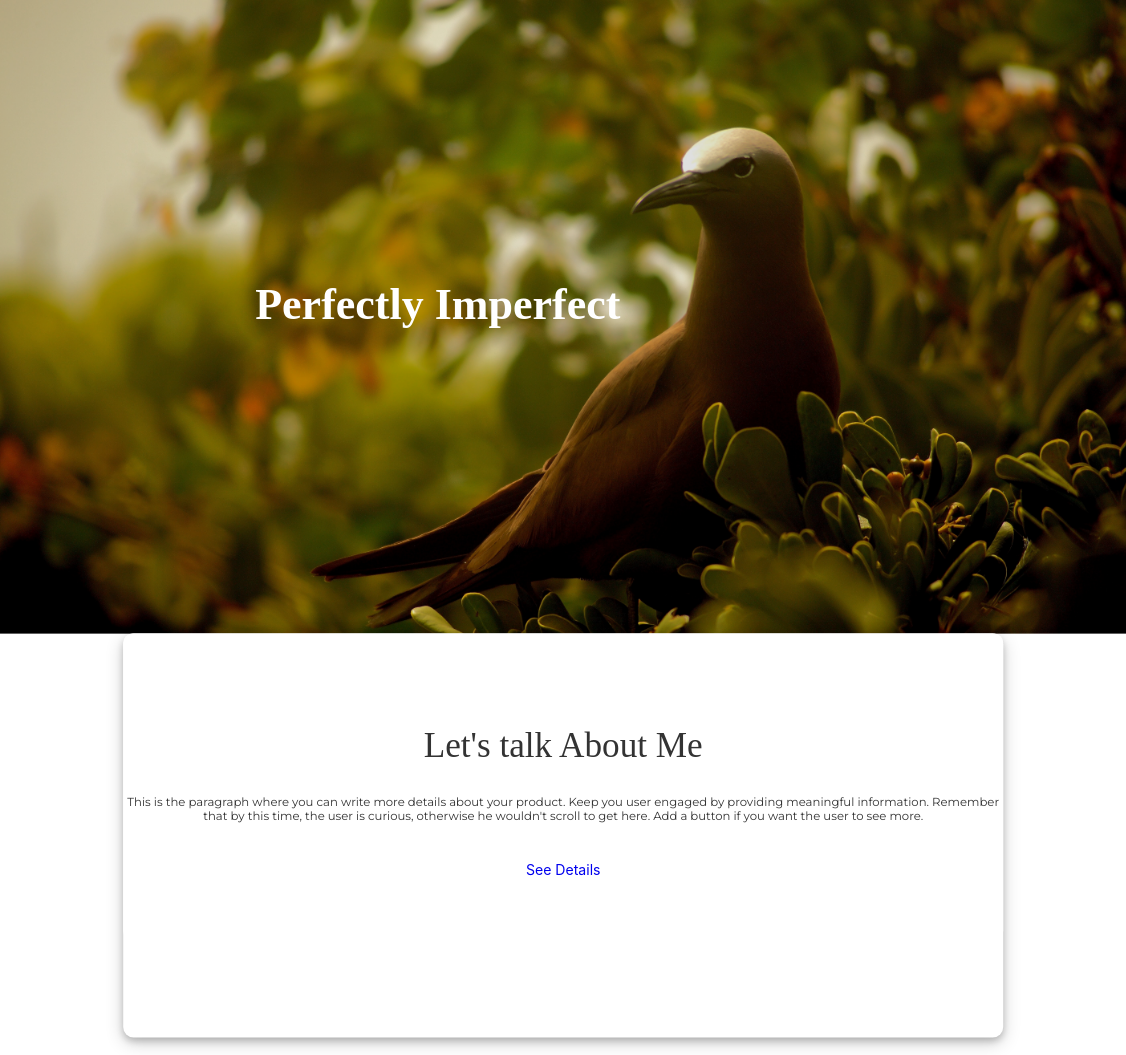
Repository: kkyler24/Perfectly-Imperfect
Page: / (app in imperfect/)
An editor plug-in stored every save of this project. The page is shown before and after a run of saves, followed by the edit.
The browser window is 1280 px wide. The pictures show the whole page, at 88% of full size.
Backgrounds fixed to the window are drawn as part of the page. Some web fonts or font styles are not loaded; a fallback is used. The project was rebuilt for these pictures with package versions that can differ from the ones it lists, and the page was loaded fresh each time.

Above is the page before, as saved 2020-08-06 12:19:15.

### imperfect/public/index.html
<!DOCTYPE html>
<html lang="en">
  <head>
    <meta charset="utf-8" />
    <link rel="icon" href="%PUBLIC_URL%/favicon.ico" />
    <meta name="viewport" content="width=device-width, initial-scale=1" />
    <meta name="theme-color" content="#000000" />
    <meta
      name="description"
      content="Web site created using create-react-app"
    />
    <link rel="apple-touch-icon" href="%PUBLIC_URL%/logo192.png" />

    <link rel="manifest" href="%PUBLIC_URL%/manifest.json" />

    <link
      href="https://fonts.googleapis.com/css2?family=Montserrat&family=Petit+Formal+Script&display=swap"
      rel="stylesheet"
    />

    <title>React App</title>
  </head>
  <body>
    <noscript>You need to enable JavaScript to run this app.</noscript>
    <div id="root"></div>
  </body>
</html>

### imperfect/src/App.js
import React from "react";
import logo from "./logo.svg";
import "./App.css";
import Nav from "./Components/navbarComponent/navbar.js";
import PGHeader from "./Components/Headerindex/header.js";
import AboutMe from "./Components/aboutMeIndex/aboutme.js";

function App() {
  return (
    <div className="App">
      <PGHeader />
      {/* <Nav /> */}
      <AboutMe />
    </div>
  );
}

export default App;

### imperfect/src/App.css
body {
  color: #66615b;
  font-size: 16px;
  box-sizing: border-box;
  display: block;
}

### imperfect/src/Components/navbarComponent/navbar.js
import React from "react";
import "./navbar.css";

function NavBar() {
  return (
    <div>
      <nav
        color-on-scroll="300"
        class="fixed-bottom navbar-transparent navbar navbar-expand-lg"
      >
        <div class="container-fluid">
          <div class="navbar-translate">
            <a
              id="Kytitle"
              data-placement="bottom"
              target="_blank"
              title="Coded by Creative Tim"
              class="navbar-brand"
              href="#/index"
            >
              Ky
            </a>
            <button aria-expanded="false" class="navbar-toggler navbar-toggler">
              <span class="navbar-toggler-bar bar1"></span>
              <span class="navbar-toggler-bar bar2"></span>
              <span class="navbar-toggler-bar bar3"></span>
            </button>
          </div>
          <div class="justify-content-end collapse navbar-collapse">
            <ul class="navbar-nav">
              <li class="nav-item">
                <a
                  data-placement="bottom"
                  href="https://www.linkedIn"
                  target="_blank"
                  title="Let's connect on LinkedIn"
                  class="nav-link"
                >
                  {/* <i class="fa fa-linkedIn"></i> */}
                </a>
              </li>
              <li class="nav-item">
                <a
                  data-placement="bottom"
                  href="https://www.linkedIn"
                  target="_blank"
                  title="Let's connect on LinkedIn"
                  class="nav-link"
                >
                  {/* <i class="fa fa-linkedIn"></i> */}
                </a>
              </li>
              <li class="nav-item">
                <a
                  data-placement="bottom"
                  href="https://twitter.com/CreativeTim?ref=creativetim"
                  target="_blank"
                  title="Follow us on Twitter"
                  class="nav-link"
                >
                  {/* <i class="fa fa-twitter"></i> */}
                  <p class="d-lg-none"></p>
                </a>
                <li class="nav-item mr-2rem">
                  <a
                    data-placement="bottom"
                    href="https://www.github.com/CreativeTimOfficial?ref=creativetim"
                    target="_blank"
                    title="Star on GitHub"
                    class="nav-link"
                  >
                    {/* <i class="fa fa-github"></i> */}
                    <p class="d-lg-none"></p>
                  </a>
                </li>
              </li>
              <li class="nav-item">
                <a class="nav-link" href="#/index">
                  <i class="nc-icon nc-layout-11"></i> Home
                </a>
              </li>
              <li class="nav-item">
                <a class="nav-link" href="#/index">
                  <i class="nc-icon nc-layout-11"></i> Portfolio
                </a>
              </li>
              <li class="nav-item">
                <a target="_blank" class="nav-link" href="#/documentation">
                  <i class="nc-icon nc-book-bookmark"></i> Resume
                </a>
              </li>

              <li class="nav-item">
                <a
                  data-placement="bottom"
                  href="https://www.github.com/CreativeTimOfficial?ref=creativetim"
                  target="_blank"
                  title="Star on GitHub"
                  class="nav-link"
                >
                  {/* <i class="fa fa-github"></i> */}
                  <p class="d-lg-none"></p>
                </a>
              </li>
            </ul>
          </div>
        </div>
      </nav>
    </div>
  );
}
export default NavBar;

### imperfect/src/Components/Headerindex/header.js
import React from "react";
import "./Indexheader.css";

function PageHeader(props) {
  return (
    <div id="background" className="page-header" data-parallax="true">
      <div className="filter"></div>
      <div className="headerContainer">
        <div className="motto text-center">
          <h1 id="JumboHeaderTitle">Perfectly Imperfect</h1>
          <br />
        </div>
      </div>
    </div>
  );
}
export default PageHeader;

### imperfect/src/Components/aboutMeIndex/aboutme.js
import React from "react";
import "./aboutme.css";
import Navbar from "../navbarComponent/navbar.js";

function Aboutme() {
  return (
    <div className=" card aboutMain">
      <div className="sectionAB text-center">
        <div className="ABccontainer">
          <div class="row">
            <div class="ml-auto mr-auto col-md-8">
              <h2 class="titleAB">Let's talk About Me</h2>
              <h5 class="descriptionAB">
                This is the paragraph where you can write more details about
                your product. Keep you user engaged by providing meaningful
                information. Remember that by this time, the user is curious,
                otherwise he wouldn't scroll to get here. Add a button if you
                want the user to see more.
              </h5>
              <br />
              <a href="#pablo" class="btn-round btn btn-info">
                See Details
              </a>
            </div>
          </div>
        </div>
      </div>
      <Navbar />
    </div>
  );
}
export default Aboutme;

### imperfect/src/Components/navbarComponent/navbar.css
/* navbar */
#Kytitle {
  font-family: "Petit Formal Script", cursive;
  font-size: 30px;
  color: #fff;
  border-bottom: solid 2px rgb(255, 255, 255);
  text-transform: capitalize;
}

.navbar.navbar-transparent {
  background: transparent !important;
  padding-top: 25px;
  box-shadow: none;
}

.navbar.navbar-transparent .navbar-brand {
  color: rgb(20, 3, 3);
}

.navbar .navbar-brand {
  font-weight: 600;
  margin: 5px 0;
  padding: 20px 15px;
  font-size: 14px;
  text-transform: uppercase;
}

.navbar-nav {
  display: flex;
  flex-direction: column;
  padding-left: 0;
  margin-bottom: 0;
  list-style: none;
}
.navbar-brand {
  display: inline-block;
  padding-top: 0.3125rem;
  padding-bottom: 0.3125rem;
  margin-right: 1rem;
  font-size: 1.25rem;
  line-height: inherit;
  white-space: nowrap;
}

.navbar {
  border: 0;
  font-size: 14px;
  padding: 0;
  font-family: "Montserrat", "Helvetica", Arial, sans-serif;
  font-weight: 300;
  align-items: center;
  display: flex;
}
.navbar > .container-fluid {
  display: flex;
  flex-wrap: wrap;
  align-items: center;
  justify-content: space-between;
}

.nav-link {
  display: block;
}

.navbar-toggler {
  padding: 0.25rem 0.75rem;
  font-size: 1.25rem;
  line-height: 1;
  background-color: transparent;
  border: 1px solid transparent;
  border-radius: 0.25rem;
}
button {
  text-transform: none;
  overflow: visible;
  -webkit-font-smoothing: antialiased;
  font-family: "Montserrat", "Helvetica", Arial, sans-serif;
  font-weight: 300;
  margin: 0;
  text-rendering: auto;
  color: -internal-light-dark(buttontext, rgb(170, 170, 170));
  letter-spacing: normal;
  word-spacing: normal;
  text-indent: 0px;
  text-shadow: none;
  display: inline-block;
  text-align: center;
  align-items: flex-start;
  font: 400 13.3333px Arial;
}
.navbar .navbar-toggler .navbar-toggler-bar {
  display: block;
  position: relative;
  width: 24px;
  height: 2px;
  border-radius: 1px;
  margin: 0 auto;
}

.navbar.navbar-transparent .navbar-toggler .navbar-toggler-bar {
  background: #fff !important;
}

.navbar-transparent .navbar-nav .nav-item .nav-link:not(.btn) {
  color: #fff;
  border-color: #fff;
}

.navbar .navbar-toggler .navbar-toggler-bar + .navbar-toggler-bar {
  margin-top: 4px;
}

.navbar .navbar-nav .nav-item .nav-link {
  line-height: 1.6;
  margin: 15px 3px;
  padding: 10px 15px;
  opacity: 0.8;
  font-size: 12px;
  text-transform: uppercase;
  font-weight: 600;
}

.navbar .navbar-nav .nav-item .nav-link p {
  margin: 0;
  text-transform: uppercase;
  font-weight: 600;
  font-size: 12px;
  line-height: 1.5em;
  padding: 15px 0;
}

button:not(:disabled) {
  cursor: pointer;
}

.container-fluid {
  width: 100%;
  padding-right: 15px;
  padding-left: 15px;
  margin-right: 0%;
  margin-left: 5%;
}

.fixed-top {
  position: fixed;
  right: 0;
  left: 0;
  z-index: 1030;
  /* not needed for fixed bottom */
  top: 0;
}

a {
  text-decoration: none;
  background-color: transparent;
}

.collapse:not(.show) {
  display: none;
}

.justify-content-end,
ul {
  justify-content: flex-end !important;
}

.navbar-collapse {
  flex-basis: 100%;
  flex-grow: 1;
  align-items: center;
}

ul {
  margin-top: 0;
}

.navbar .navbar-nav .nav-item .nav-link [class^="fa"] {
  font-size: 17px;
  position: relative;
  right: 5px;
}
.fa {
  width: 18px;
  text-align: center;
}
.fa {
  display: inline-block;
  font: normal normal normal 14px/1 FontAwesome;
  text-rendering: auto;
  -webkit-font-smoothing: antialiased;
}

.nc-icon {
  display: inline-block;
  font: normal normal normal 14px/1 "nucleo-icons";
  font-size: inherit;
  text-transform: none;
  -webkit-font-smoothing: antialiased;
}

.nc-layout-11:before {
  content: "\ea36";
}

.nc-book-bookmark:before {
  content: "\ea0f";
}

.fa-github:before {
  content: "\f09b";
}

:before {
  box-sizing: border-box;
}

.navbar .navbar-collapse .nav-item .nav-link p {
  display: inline;
}

/* media Q navbar */
@media (min-width: 992px) {
  .navbar-expand-lg {
    flex-flow: row nowrap;
    justify-content: flex-start;
  }
  .navbar {
    justify-content: space-between;
  }
}
/* Li */
@media (min-width: 992px) {
  .navbar-expand-lg .navbar-nav {
    flex-direction: row;
  }
}
@media screen and (max-width: 991px) {
  .navbar-collapse ul {
    position: relative;
    z-index: 3;
    height: 95%;
  }
}

@media screen and (max-width: 991px) {
  .navbar-collapse .navbar-nav > .nav-item > .nav-link {
    color: #9a9a9a !important;
  }
}

@media screen and (max-width: 991px) {
  .navbar-collapse {
    position: fixed;
    display: block !important;
    top: 0;
    width: 230px;
    right: 0;
    z-index: 1032;
    visibility: visible;
    background-color: #999;
    overflow-y: visible;
    border-top: none;
    text-align: left;
    border-left: 1px solid #ccc5b9;
    padding-right: 0;
    padding-left: 40px;
    padding-top: 15px;
    transform: translateX(230px);
    transition: all 0.33s cubic-bezier(0.685, 0.0473, 0.346, 1);
  }
}

@media (max-width: 991.98px) {
  .navbar-expand-lg > .container-fluid {
    padding-right: 0;
    padding-left: 0;
  }
}

@media (min-width: 768px) {
  .container-fluid {
    max-width: 720px;
  }
}

@media (min-width: 992px) {
  .container-fluid {
    max-width: 100%;
  }
}

@media screen and (max-width: 991px) {
  .navbar-translate {
    width: 100%;
    position: relative;
    display: flex;
    justify-content: space-between !important;
    align-items: center;
    transform: translateX(0);
    transition: all 0.33s cubic-bezier(0.685, 0.0473, 0.346, 1);
  }
}

@media (min-width: 992px) {
  .navbar-expand-lg .navbar-toggler {
    display: none;
  }
}

@media screen and (max-width: 991px) {
  .navbar-collapse {
    height: 100% !important;
  }
}

@media (min-width: 992px) {
  .navbar-expand-lg .navbar-collapse {
    display: flex !important;
    flex-basis: auto;
  }
}
/*
@media (min-width: 576px) {
  .container-fluid {
    max-width: 540px;
  }
} */

@media (min-width: 992px) {
  .navbar-expand-lg > .container-fluid {
    flex-wrap: nowrap;
  }
}

### imperfect/src/Components/Headerindex/Indexheader.css
#background {
  background-image: url("../../Assets/imgs/brownnoodyGreatbirdisland.jpg");
  background-attachment: fixed;
  background-repeat: no-repeat;
  background-size: cover;
  height: 700px;
}

.page-header {
  background-position: 50%;
  background-size: cover;
  min-height: 100vh;
  max-height: 999px;
  overflow: hidden;
  position: relative;
  width: 100%;
  z-index: 1;
  display: flex;
  align-items: center;
  justify-content: center;
}

.page-header .filter:after {
  background-color: rgba(0, 0, 0, 0.125);
  content: "";
  display: block;
  height: 100%;
  left: 0;
  top: 0;
  position: absolute;
  width: 100%;
  z-index: 1;
}

.page-header .motto {
  z-index: 3;
  color: #fff;
  position: relative;
  width: max-content;
}

.headerContainer {
  font-family: "Petit Formal Script", cursive;
  display: inline-flex;
  width: 100%;
  /* font-weight: 200; */
  padding-right: 15px;
  padding-left: 15px;
  margin-right: auto;
  margin-left: auto;
  font-size: 50px;
  max-width: 700px !important;
}

.text-center {
  text-align: center !important;
}
div {
  display: block;
}

h1 {
  display: block;
  font-size: 2em;
  margin-block-start: 0.67em;
  margin-block-end: 0.67em;
  margin-inline-start: 0px;
  margin-inline-end: 0px;
  font-weight: bold;
}
@media (max-width: 450px) and (min-width: 280px) {
  #JumboHeaderTitle {
    width: 300px;
    margin: auto;
    font-size: 20px;
    text-align: center;
  }
  #background {
    width: 450px !important;
  }
}
/*
@media (max-width: 570px) and (min-width: 280px) {
  #JumboHeaderTitle {
    width: 400px;
    margin: auto;
    font-size: 20px;
    text-align: center;
  }
} */

/* media Q */
@media (min-width: 992px) {
  .headerContainer {
    max-width: 960px;
  }
}

@media (min-width: 768px) {
  .headerContainer {
    max-width: 720px;
  }
}

@media (min-width: 576px) {
  .headerContainer {
    max-width: 540px;
    font-size: 25px;
  }
}

@media (max-width: 576px) {
  .headerContainer {
    display: flex;
    flex-wrap: wrap;
    max-width: 540px !important;
    font-size: 20px;
    text-align: center;
  }
}

### imperfect/src/Components/aboutMeIndex/aboutme.css
.aboutMain .section:first-of-type {
  position: relative;
  z-index: 3;
  position: relative;
  background: #ffffff;
  margin: -60px 30px 0px;
  box-shadow: 0 16px 24px 2px rgba(0, 0, 0, 0.14),
    0 6px 30px 5px rgba(0, 0, 0, 0.12), 0 8px 10px -5px rgba(0, 0, 0, 0.2);
  border-radius: 6px;
  padding: 70px 0;
}

.card,
.aboutMain {
  width: 700px;
  border-radius: 12px;
  box-shadow: 0 4px 8px 0 rgba(0, 0, 0, 0.2), 0 6px 20px 0 rgba(0, 0, 0, 0.19);
  text-align: center;
  background-color: #fff;
  color: #333;
  margin-bottom: 20px;
  position: relative;
  z-index: 3;
  border: 0;
  transition: transform 0.3s cubic-bezier(0.34, 2, 0.6, 1), box-shadow 0.2s ease;
  display: flex;
  flex-direction: column;
  min-width: 0;
  background-clip: border-box;
  /* border: 1px solid rgba(0, 0, 0, 0.25); */
  /* border-radius: 20px; */
  margin-left: auto;
  margin-right: auto;
}

.sectionAB {
  padding: 70px 0;
  background-color: #fff;
  border-radius: 10px;
}

.text-center {
  text-align: center !important;
}

.titleAB {
  font-family: "Petit Formal Script", cursive;
  font-weight: lighter;
  font-size: 40px;
}

.descriptionAB {
  font-family: "Montserrat", sans-serif;
  font-weight: lighter;
}

.ABcontainer {
  width: 100%;
  margin-right: auto;
  margin-left: auto;
}

row {
  display: flex;
  flex-wrap: wrap;
  margin-right: -15px;
  margin-left: -15px;
}

@media (min-width: 768px) {
  .ABcontainer {
    max-width: 720px;
  }
}

@media (max-width: 992px) {
  .sectionAB {
    max-width: 700px;
  }
}

@media (min-width: 992px) {
  .sectionAB,
  .aboutMain {
    width: 1000px;
  }
}

Loaded but not shown: imperfect/src/index.js (common file); imperfect/src/index.css (common file); imperfect/src/serviceWorker.js (common file)

After the next 3 saves:
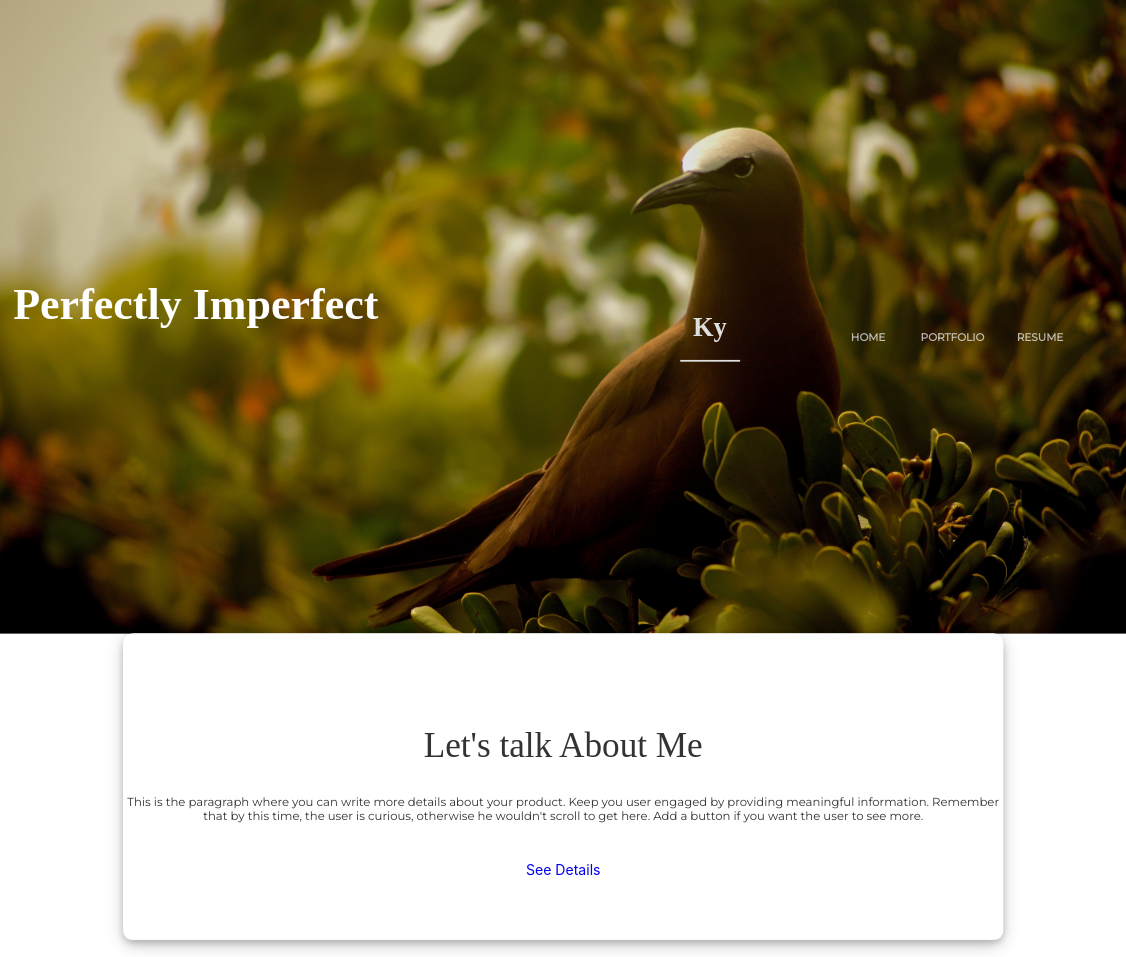
The 3 saves are shown as one change because 2 did not build or start.
The last was saved 2 min 20 s later.
--- a/imperfect/src/Components/Headerindex/header.js
+++ b/imperfect/src/Components/Headerindex/header.js
@@ -1,5 +1,6 @@
 import React from "react";
 import "./Indexheader.css";
+import Navbar from "../navbarComponent/navbar.js";
 
 function PageHeader(props) {
   return (
@@ -11,6 +12,7 @@ function PageHeader(props) {
           <br />
         </div>
       </div>
+      <Navbar />
     </div>
   );
 }
--- a/imperfect/src/Components/aboutMeIndex/aboutme.js
+++ b/imperfect/src/Components/aboutMeIndex/aboutme.js
@@ -1,6 +1,5 @@
 import React from "react";
 import "./aboutme.css";
-import Navbar from "../navbarComponent/navbar.js";
 
 function Aboutme() {
   return (
@@ -25,7 +24,6 @@ function Aboutme() {
           </div>
         </div>
       </div>
-      <Navbar />
     </div>
   );
 }
